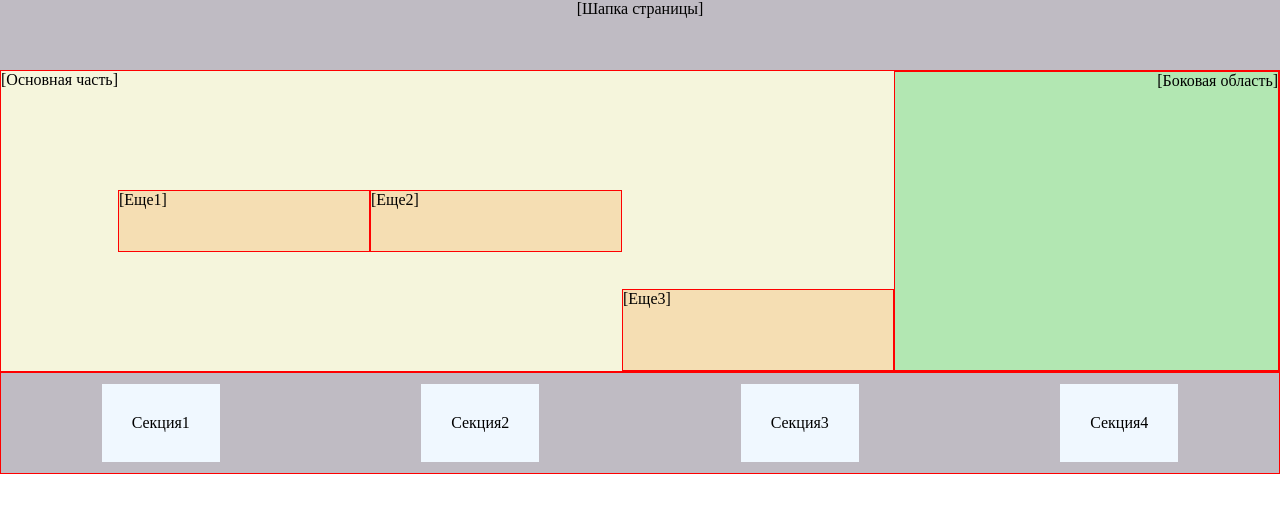
Repository: IrinaGetmanenko/week5
Page: week5/index.html
An editor plug-in stored every save of this project. The page is shown before and after the next save, followed by the edit.
The browser window is 1280 px wide. The pictures show the whole page.

Above is the page before, as saved 2022-08-28 20:31:43.

### week5/index.html
<!DOCTYPE html>
<html lang="en">
<head>
    <meta charset="UTF-8">
    <meta http-equiv="X-UA-Compatible" content="IE=edge">
    <meta name="viewport" content="width=device-width, initial-scale=1.0">
    <link rel="stylesheet" href="normalize.css">
    <title>Document</title>
    <style>
    .container{
        display: flex;
        justify-content: center;
        flex-wrap: wrap;

    }

    .h1{
        display: flex;
        justify-content: center;
       height: 70px;
        background-color: #bfbbc3;
    }

    .container-2{
        display: flex;
        justify-content: row;
        border: 1px solid red;
        background-color: beige;
        height: 300px;
        flex-wrap: wrap;

    }
    .section1{
        display: flex;
        border: 1px solid red;
        align-self: center;
        height: 20%;
        width:  250px;
        background-color: wheat;


    }
    .section2{
        display: flex;
        border: 1px solid red;
        align-self: center;
        height: 20%;
        width:  250px;
        background-color: wheat;
    }

    .section3{
        flex: auto;
        border: 1px solid red;
        align-self: flex-end;
        height: 80px;
        width:  50px;
        background-color: wheat;
    }
    .aside{
        display: flex;
        justify-content: flex-end;
        border: 1px solid red;
        background-color: rgb(178, 231, 178);
        width: 30%;



    }
    .footer{
        display: flex;
        justify-content: space-around;
        border: 1px solid red;
        height: 100px;
        background-color: #bfbbc3;
        flex-wrap: wrap;
    }
.f1{

    align-self: center;
    padding: 30px;
    background-color: aliceblue;


}
.f2{

    align-self: center;
    padding: 30px;
    background-color: aliceblue;
}
.f3{

    align-self: center;
    padding: 30px;
    background-color: aliceblue;
}
.f4{

    align-self: center;
    padding: 30px;
    background-color: aliceblue;
}
    </style>
</head>
<body class="container-1">
    <header class="h1" >[Шапка страницы]</header>

<main>
<main class="container-2">[Основная часть]
<main class="section1">[Eще1]</main>
<main class="section2">[Еще2]</main>
<main class="section3">[Еще3]</main>
<aside class="aside">[Боковая область]</aside>
</main>

</main>

<footer class="footer">
       <footer class="f1">Секция1</footer>
       <footer class="f2">Секция2</footer>
       <footer class="f3">Секция3</footer>
       <footer class="f4">Секция4</footer>
</footer>

</body>
</html>

Loaded but not shown: week5/normalize.css (library)

After the next save:
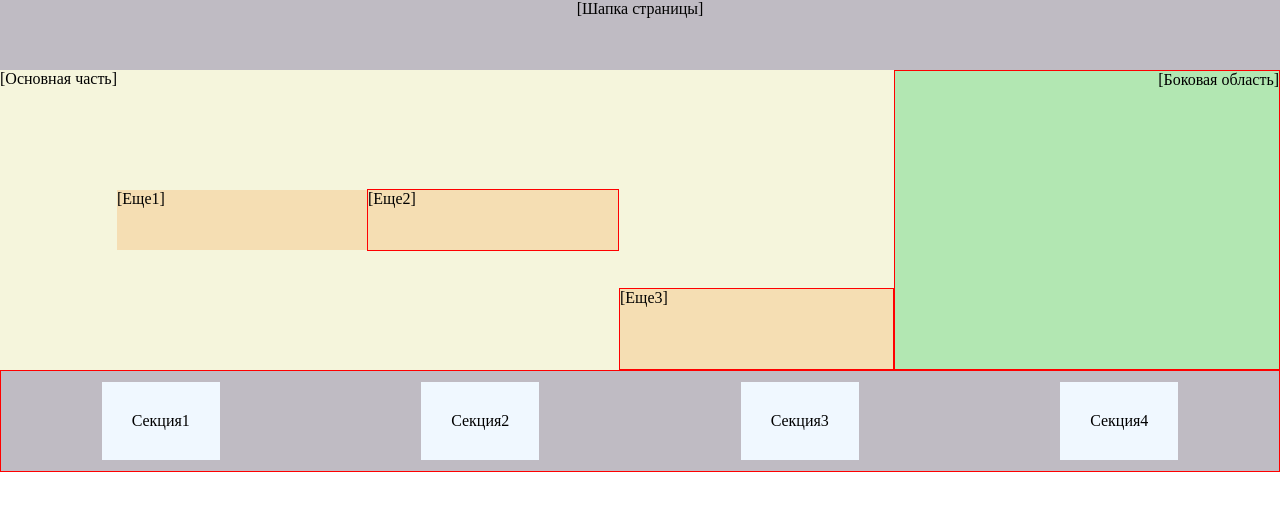
Saved 22 s later.
--- a/week5/index.html
+++ b/week5/index.html
@@ -24,15 +24,13 @@
     .container-2{
         display: flex;
         justify-content: row;
-        border: 1px solid red;
-        background-color: beige;
+       background-color: beige;
         height: 300px;
         flex-wrap: wrap;
 
     }
     .section1{
         display: flex;
-        border: 1px solid red;
         align-self: center;
         height: 20%;
         width:  250px;
